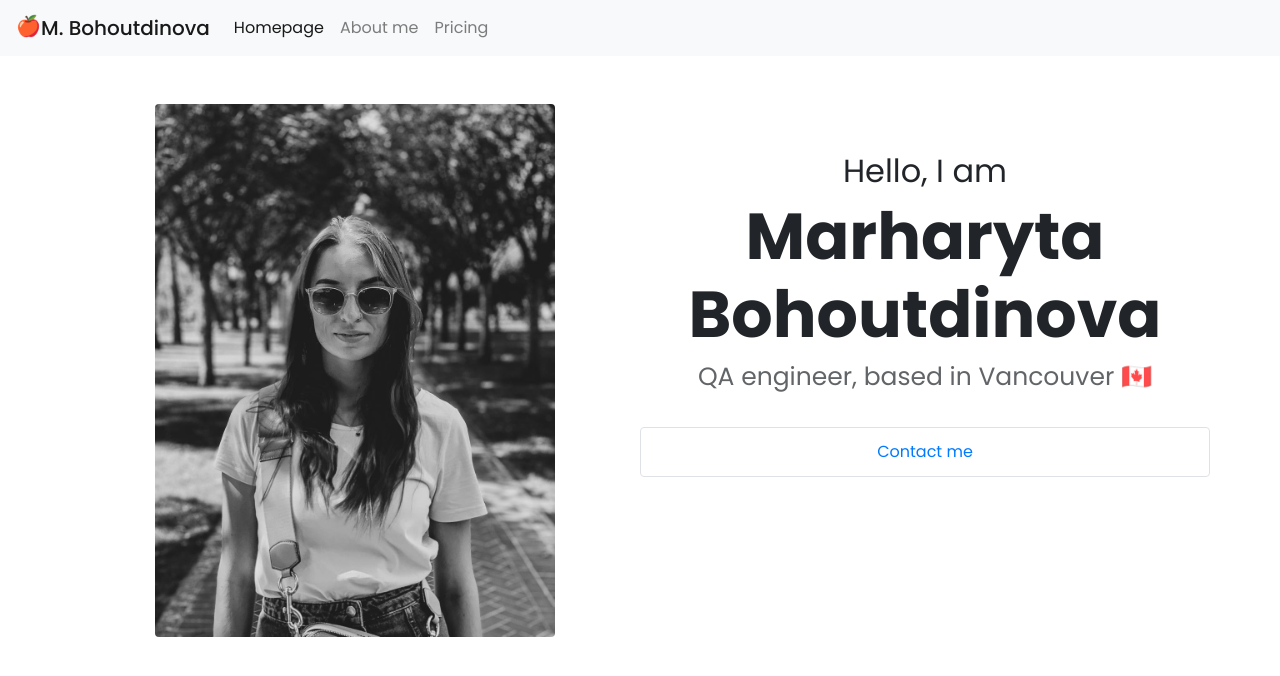
Repository: Bohoutdinova/Portfolio_week-4
Page: index.html
These files come from the project's save history. The page is drawn as it stood at one moment and after the next save; the edit follows.
The browser window is 1280 px wide. The pictures show the whole page.

Above is the page before, as saved 2022-08-10 18:21:09.

After the next save:
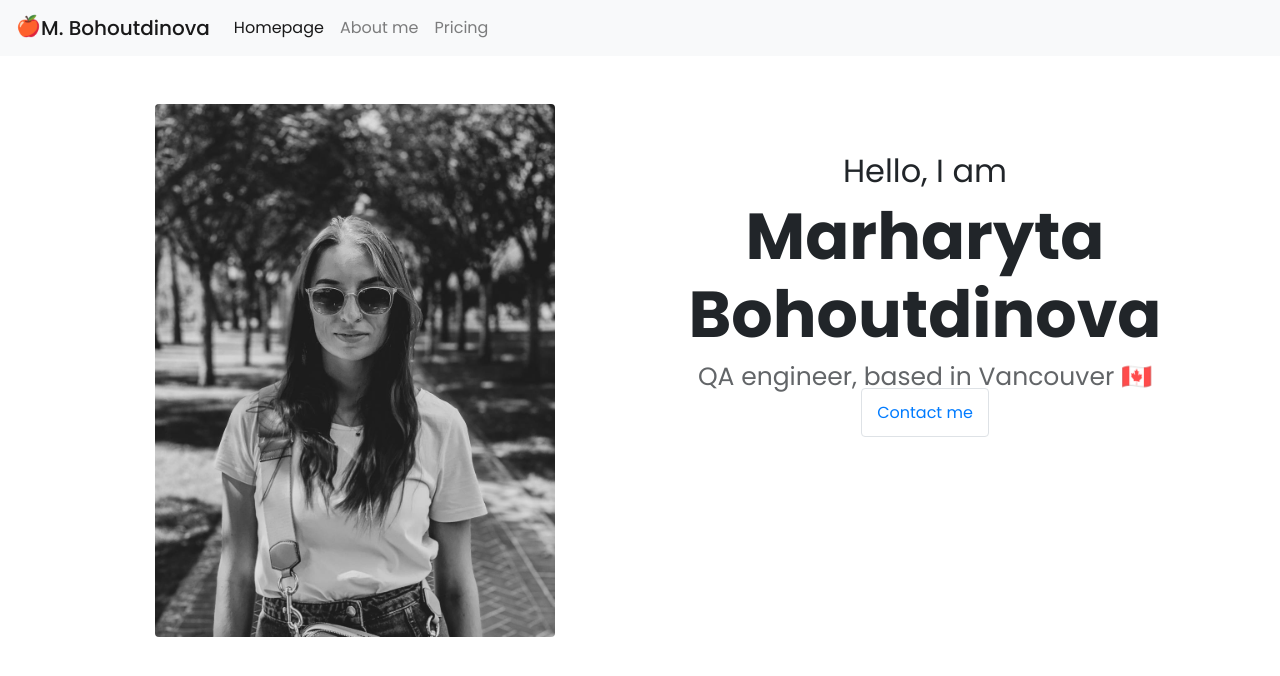
Saved 58 s later.
--- a/src/style.css
+++ b/src/style.css
@@ -51,6 +51,4 @@
 .contact-me {
   font-family: var(--main-family-font);
   padding: 12px 15px;
-  margin-top: 35px;
-  display: block;
 }
